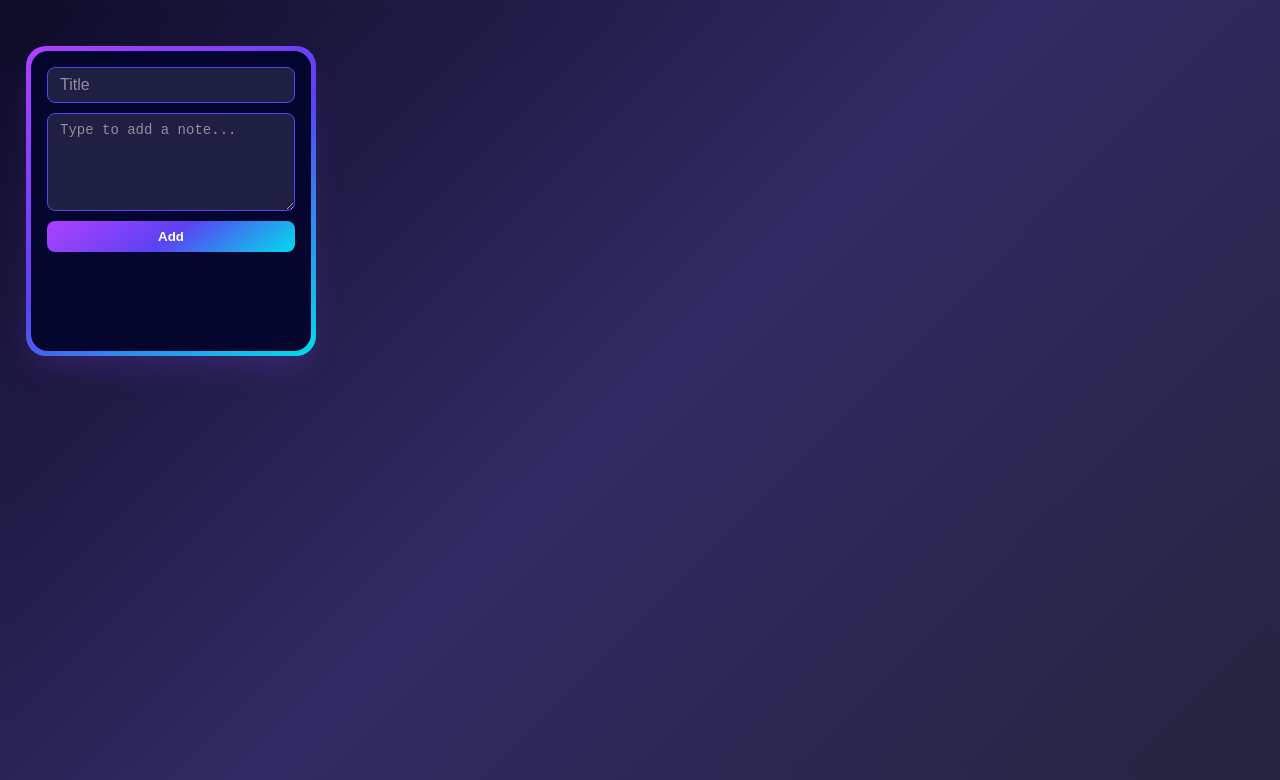
Repository: AJANI2005/Notes-App
Page: /
These files come from the project's save history. The page is drawn as it stood at one moment and after the next save; the edit follows.
The browser window is 1280 px wide. The pictures show the whole page.
The project was rebuilt for these pictures with package versions that can differ from the ones it lists, and the page was loaded fresh each time. Also part of the build but not shown: vite.config.ts, src/style/dialogbox.css, src/DialogBox.tsx.

Above is the page before, as saved 2025-07-31 18:31:41.

After the next save:
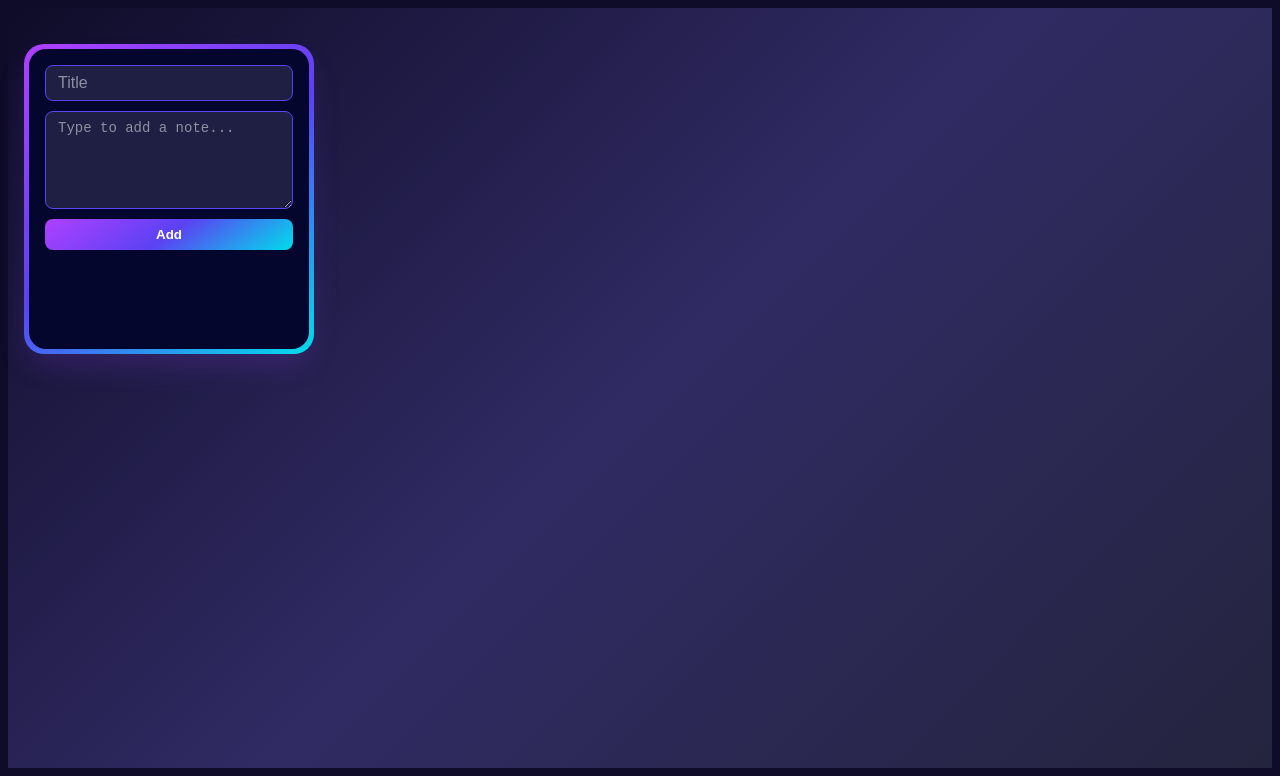
Saved 74 s later.
--- a/src/index.css
+++ b/src/index.css
@@ -1,15 +1,8 @@
 :root {
   font-family: system-ui, Avenir, Helvetica, Arial, sans-serif;
   font-synthesis: none;
+  background-color: #0f0c29;
   text-rendering: optimizeLegibility;
   -webkit-font-smoothing: antialiased;
   -moz-osx-font-smoothing: grayscale;
 }
-body {
-  margin: 0;
-  font-family: 'Inter', sans-serif;
-  background: linear-gradient(135deg, #0f0c29, #302b63, #24243e);
-  min-height: 100vh;
-  padding: 10px;
-  color: white;
-}
